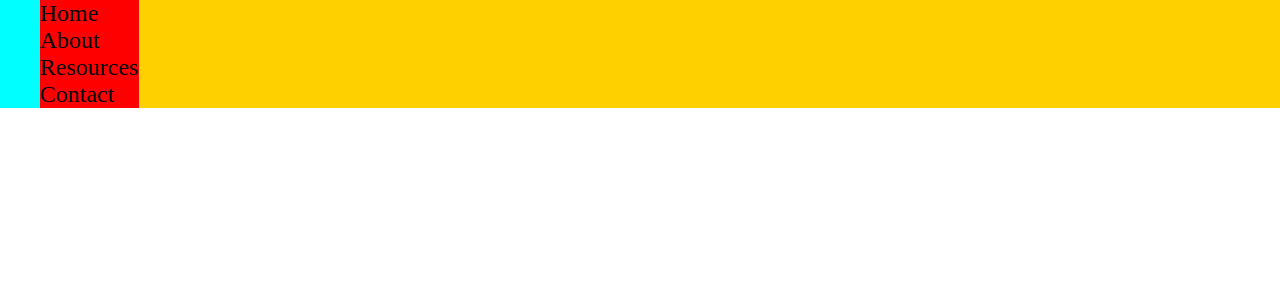
Repository: rdass1/COM421-FinalProject
Page: Website/index.html
The author's editor kept a copy of each file at every save. The page is drawn from the files as they stood at one save, then again after the next save.
The browser window is 1280 px wide. The pictures show the whole page.

Above is the page before, as saved 2021-05-11 22:49:31.

After the next save:
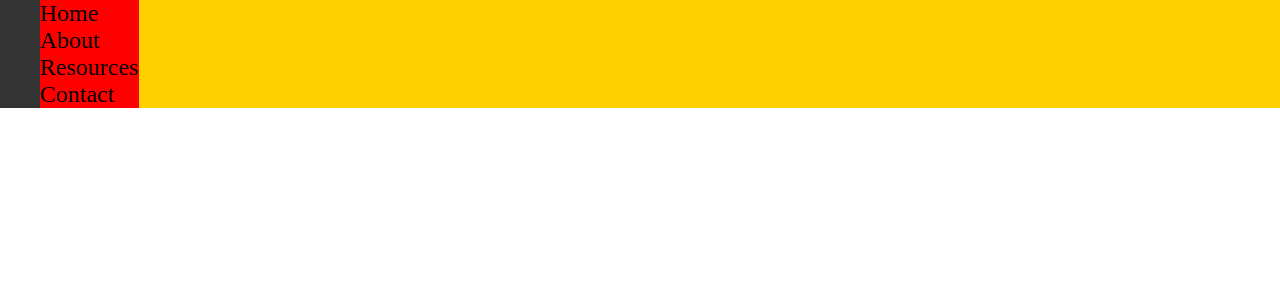
Saved 22 s later.
--- a/Website/css/index.css
+++ b/Website/css/index.css
@@ -21,7 +21,7 @@ header{
 
 #navbar ul{
     margin: 0px;
-    background-color:aqua;
+    background-color: #333333;
     overflow: hidden;
     list-style: none;
 }
